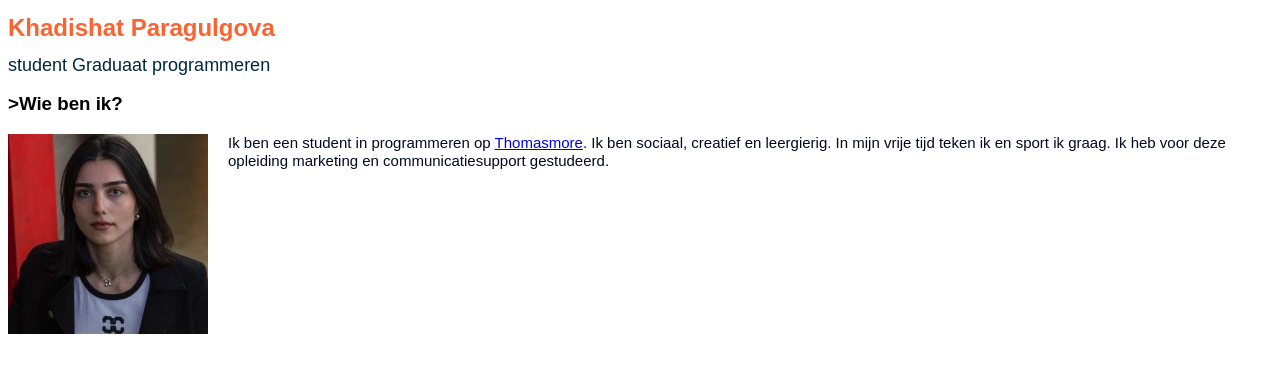
Repository: khadishat00/portfolio
Page: index.html
An editor plug-in stored every save of this project. The page is shown before and after the next save, followed by the edit.
The browser window is 1280 px wide. The pictures show the whole page.

Above is the page before, as saved 2026-09-24 14:36:46.

After the next save:
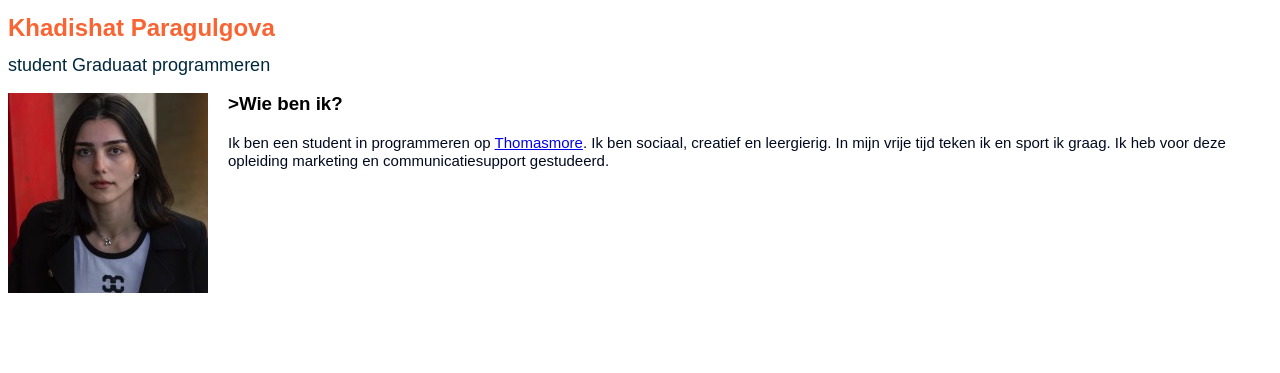
Saved 51 s later.
--- a/index.html
+++ b/index.html
@@ -42,10 +42,10 @@ img {
   <body>
     <h1>Khadishat Paragulgova</h1>
     <h2>student Graduaat programmeren</h2>
-    <h3>>Wie ben ik?</h3>
-    <figure>
+    <h3>>Wie ben ik?<figure>
   <img src="profielfoto.jpg" alt="Mijn profielfoto" />
-</figure>
+</figure></h3>
+
     <p>
       Ik ben een student in programmeren op
       <a href="https://thomasmore.be/nl">Thomasmore</a>. Ik ben sociaal,
